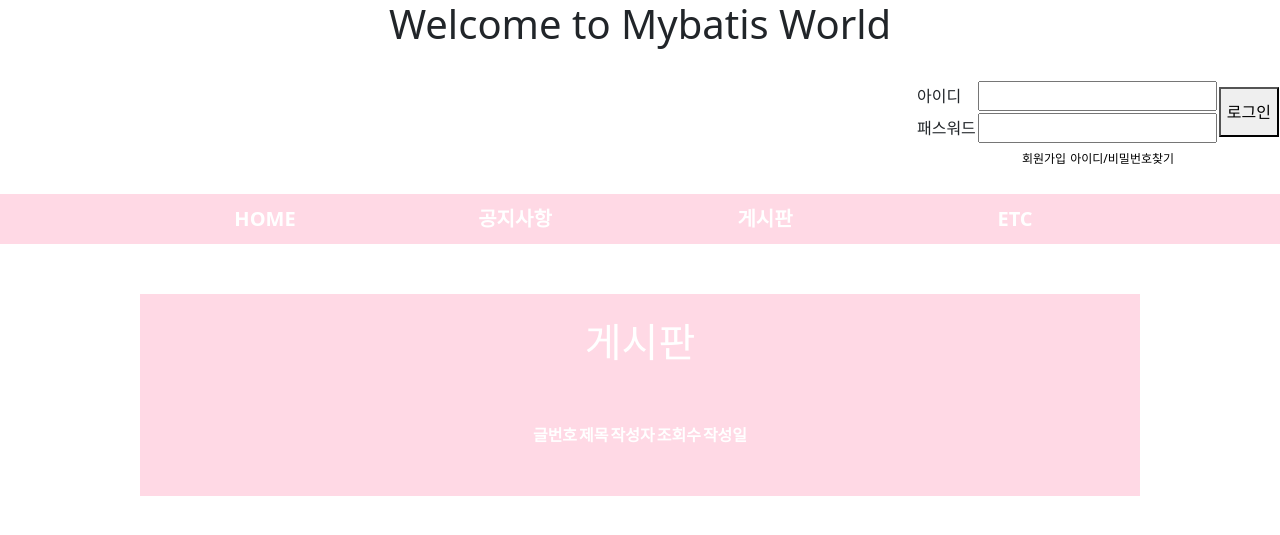
Repository: smjae96/Backup
Page: http://localhost/mybatisProject/WEB-INF/views/board/boardListView.jsp
An editor plug-in stored every save of this project. The page is shown before and after a run of saves, followed by the edit.
The browser window is 1280 px wide. The pictures show the whole page.
The page is served by Tomcat 9. Nobody is signed in. The template is opened directly, without the code that normally fills it, so the values that code supplies are empty.

Above is the page before, as saved 2024-04-04 05:05:15.

After the next 2 saves:
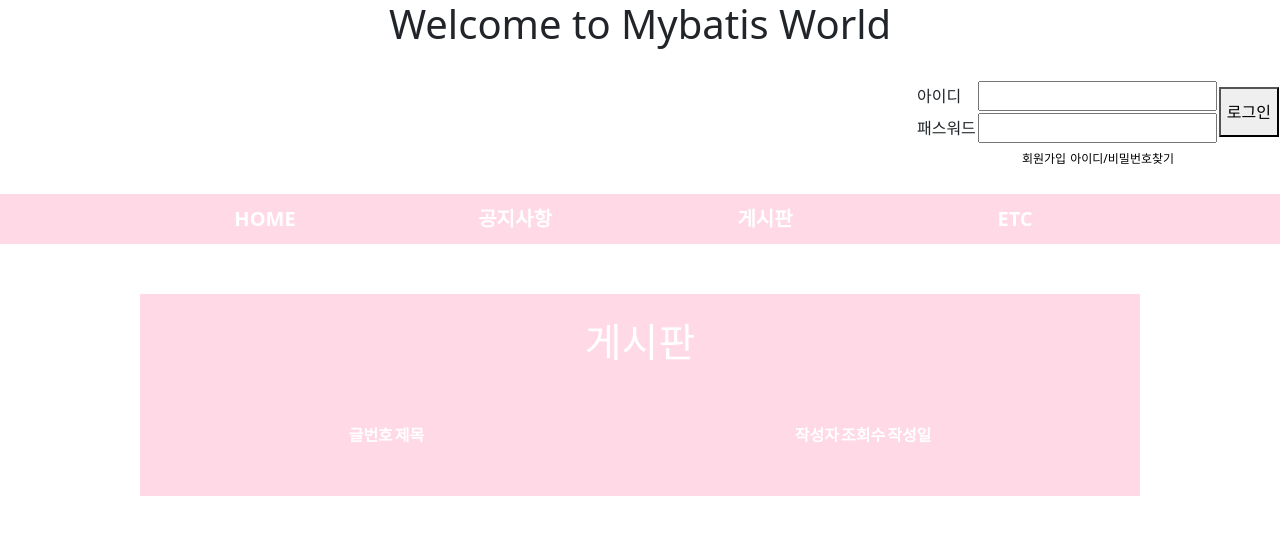
The 2 saves are shown as one change because they came seconds apart.
The last was saved 46 s later.
--- a/6_mybatis/mybatisProject/webapp/WEB-INF/views/board/boardListView.jsp
+++ b/6_mybatis/mybatisProject/webapp/WEB-INF/views/board/boardListView.jsp
@@ -22,7 +22,7 @@
 			<thead>
 				<tr>
 					<th>글번호</th>
-					<th>제목</th>
+					<th width="400">제목</th>
 					<th>작성자</th>
 					<th>조회수</th>
 					<th>작성일</th>
